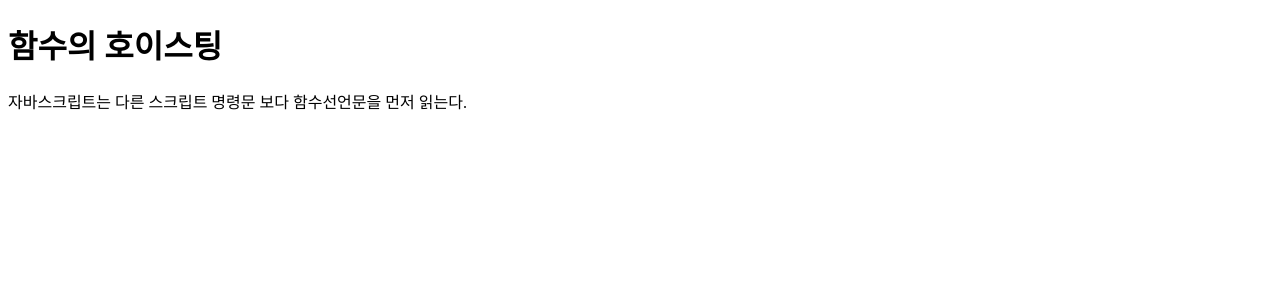
Repository: insunkang/JSP
Page: clientweb/WebContent/js_dom/js_function_hoisting_test.html
The author's editor kept a copy of each file at every save. The page is drawn from the files as they stood at one save, then again after the next save.
The browser window is 1280 px wide. The pictures show the whole page.

Above is the page before, as saved 2020-01-09 07:24:48.

### clientweb/WebContent/js_dom/js_function_hoisting_test.html
<!DOCTYPE html>
<html>
<head>
<meta charset="EUC-KR">
<title>Insert title here</title>
</head>
<body>
	<h1>함수의 호이스팅</h1>
	<p>
		자바스크립트는 다른 스크립트 명령문 보다 함수선언문을 먼저 읽는다.
	</p>
	<script type="text/javascript">
		test(90);
		function test(num) {
			if(num>90){
				alert("성공");
			}else{
				alert("실패");
			}
		}
	</script>

</body>
</html>

After the next save:
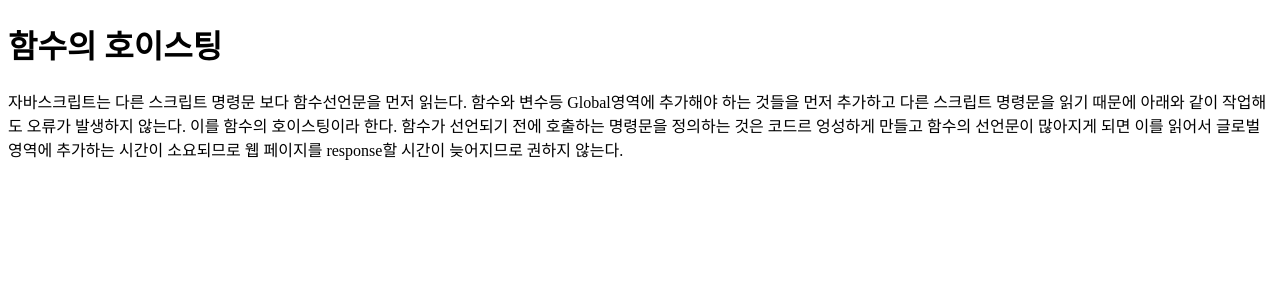
Saved 2 min 6 s later.
--- a/clientweb/WebContent/js_dom/js_function_hoisting_test.html
+++ b/clientweb/WebContent/js_dom/js_function_hoisting_test.html
@@ -8,6 +8,12 @@
 	<h1>함수의 호이스팅</h1>
 	<p>
 		자바스크립트는 다른 스크립트 명령문 보다 함수선언문을 먼저 읽는다.
+		함수와 변수등 Global영역에 추가해야 하는 것들을 먼저 추가하고 다른 스크립트
+		명령문을 읽기 때문에 아래와 같이 작업해도 오류가 발생하지 않는다.
+		이를 함수의 호이스팅이라 한다.
+		함수가 선언되기 전에 호출하는 명령문을 정의하는 것은 코드르 엉성하게 만들고
+		함수의 선언문이 많아지게 되면 이를 읽어서 글로벌영역에 추가하는 시간이 소요되므로
+		웹 페이지를 response할 시간이 늦어지므로 권하지 않는다.
 	</p>
 	<script type="text/javascript">
 		test(90);
